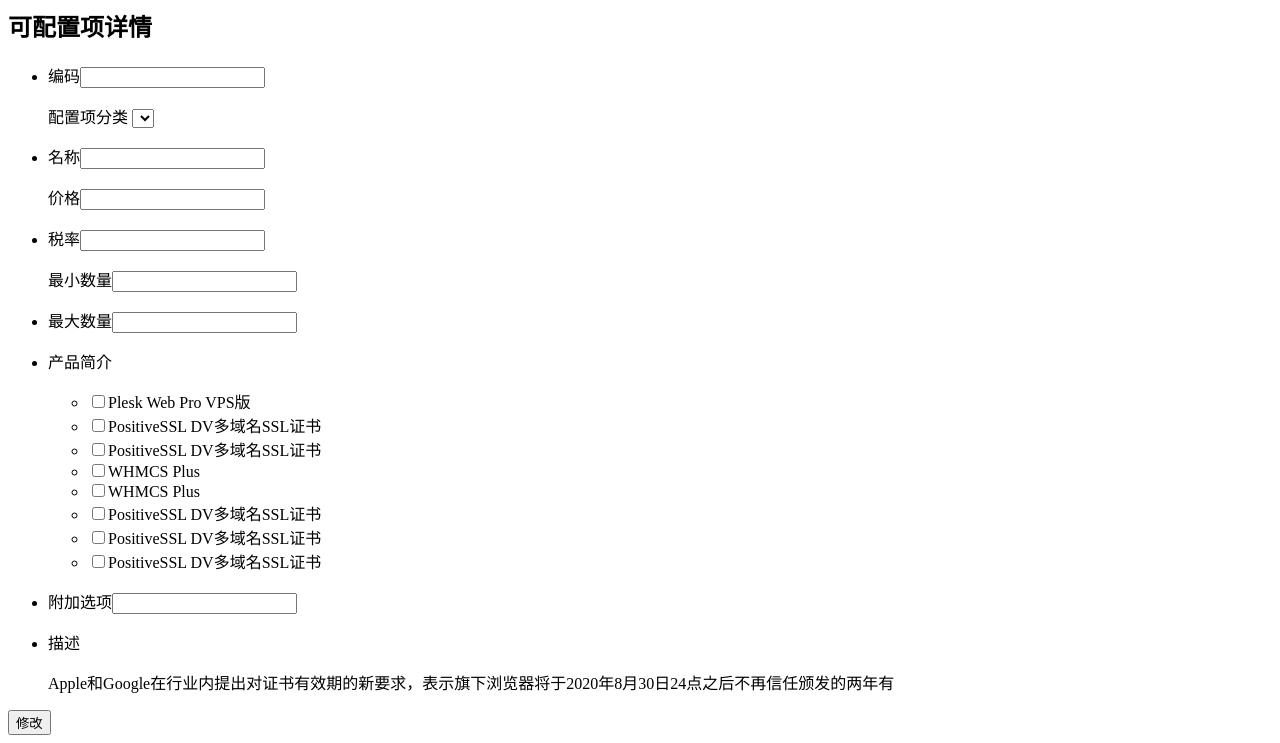
Repository: wangyan466393/racentSystem
Page: configurableDetail.html
These files come from the project's save history. The page is drawn as it stood at one moment and after the next save; the edit follows.
The browser window is 1280 px wide. The pictures show the whole page.

Above is the page before, as saved 2020-08-12 15:18:31.

After the next save:
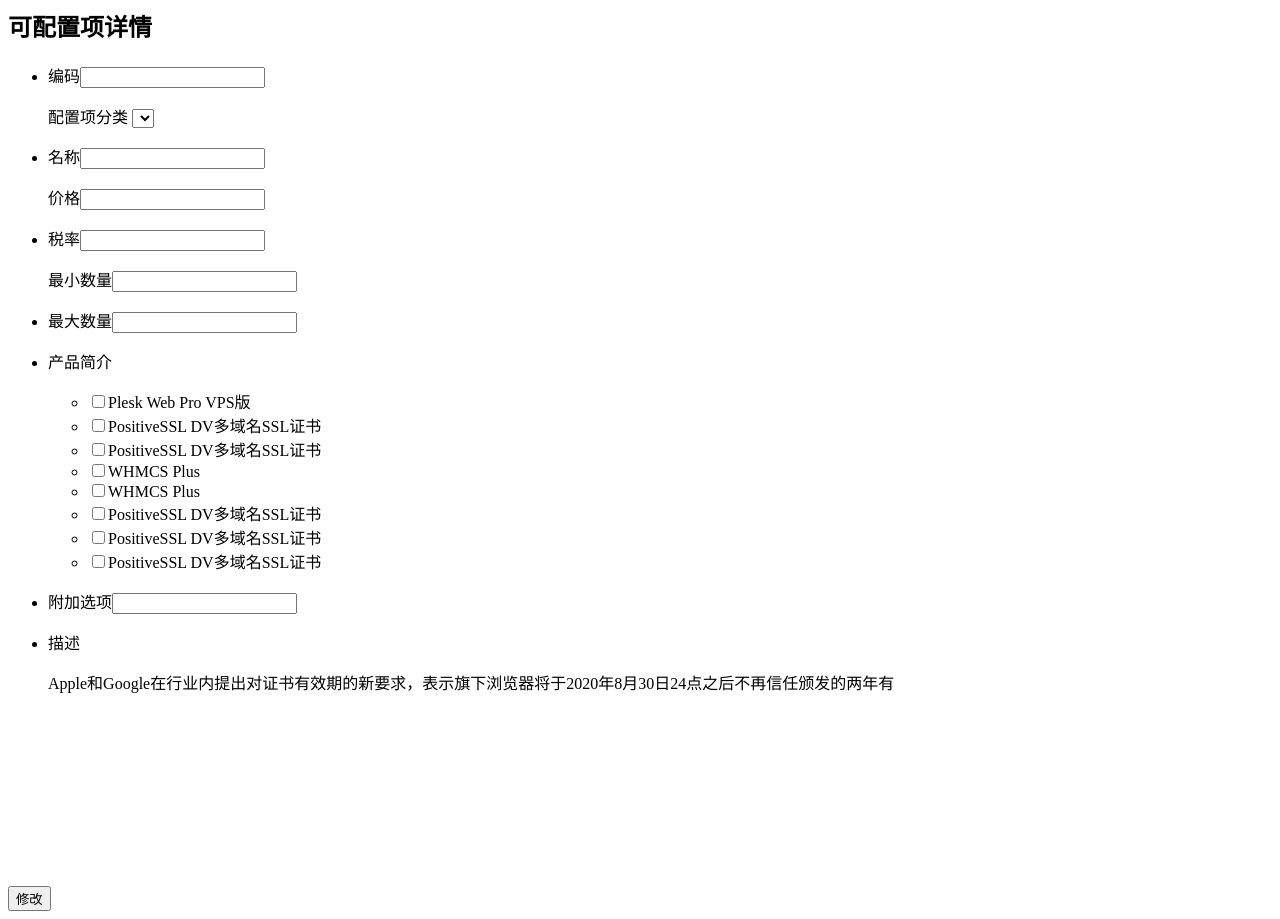
Saved 2 min 7 s later.
--- a/configurableDetail.html
+++ b/configurableDetail.html
@@ -80,7 +80,7 @@
             </li>
             <li>
                <p> <span>描述</span></p>
-                <div class="e_content" style="width: 100%;">
+                <div class="e_content" style="width: 100%;min-height: 200px;">
                     <p>
                         Apple和Google在行业内提出对证书有效期的新要求，表示旗下浏览器将于2020年8月30日24点之后不再信任颁发的两年有
                     </p>
